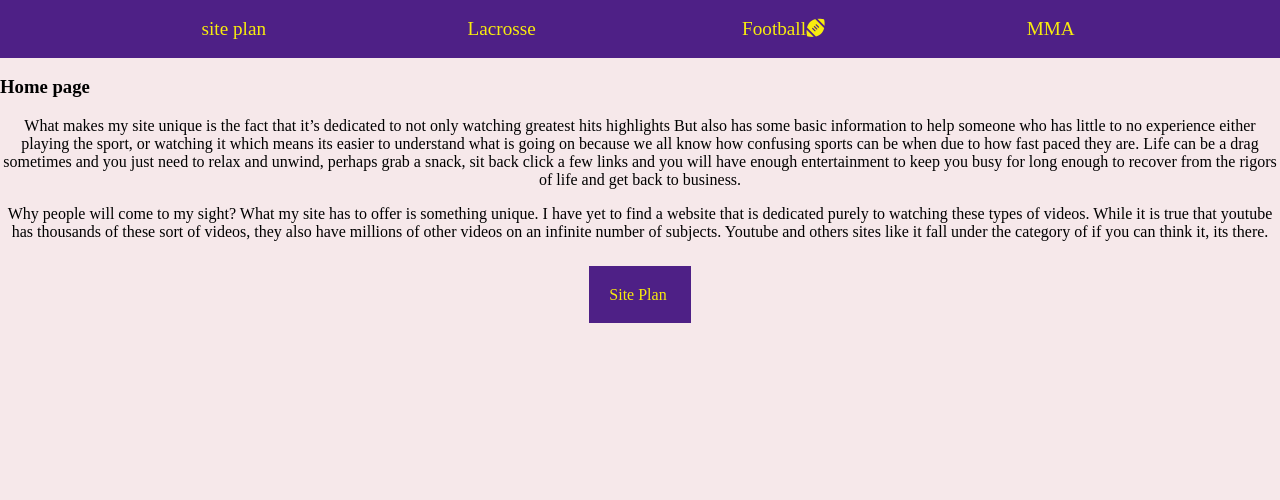
Repository: nak97/personal-site
Page: index.html
An editor plug-in stored every save of this project. The page is shown before and after the next save, followed by the edit.
The browser window is 1280 px wide. The pictures show the whole page.
Some icons come from a web library that is not loaded, so they are not drawn. Some web libraries are served in a nearby version.

Above is the page before, as saved 2023-03-19 09:29:15.

### index.html
<!DOCTYPE html>
<html lang="en">
<head>
  <meta charset="UTF-8">
  <meta http-equiv="X-UA-Compatible" content="IE=edge">
  <meta name="viewport" content="width=device-width, initial-scale=1.0">
  <link rel="stylesheet" href="personal-site.css">
  <script src="https://kit.fontawesome.com/615002bc5f.js" crossorigin="anonymous"></script>
  <title> Home</title>
</head>
<body>
  <nav>
    <a href="site-plan.html">site plan</a>
    <a href="lacrosse.html" target="_blank">Lacrosse <i class="fa-solid fa-lacrosse-stick-ball"></i></a>
    <a href="football.html" target="_blank">Football<i class="fa-solid fa-football"></i></a>
    <a href="mma.html" target="_blank">MMA  <i class="fa-solid fa-boxing-glove"></i></a>
  </nav>
<section>
<h3>Home page</h3>
      <p class="p1">
        What makes my site unique is the fact that it’s dedicated to not only watching greatest hits highlights But also has some basic information to help someone who has little to no experience either playing the sport, or watching it which means its easier to understand what is going on because we all know how confusing sports can be when due to how fast paced they are.
        Life can be a drag sometimes and you just need to relax and unwind, perhaps grab a snack,
        sit back click a few links and you will have enough entertainment to keep you busy for long enough to recover from the rigors of life and get back to business.
      </p>
      <p class="-2">
        Why people will come to my sight?
        What my site has to offer is something unique. I have yet to find a website that is dedicated purely to watching these types of videos.
        While it is true that youtube has thousands of these sort of videos, they also have millions of other videos on an infinite number of subjects. Youtube and others sites
        like it fall under the category of if you can think it, its there.
      </p>
    </section>

    <footer><a href="site-plan.html"> Site Plan <i class="fa-solid fa-ruler-triangle"></i></a></footer>
</body>
</html>

### personal-site.css

body{
  background-color: #F6E8EA;
  padding: 0 ;
  margin: 0;
}


  .container {display: grid;}

a{text-decoration: none;}

.home h3 {
  text-align: center;
}

.home .p1 {
  padding: 69px;
}

nav{
  display: flex;
  justify-content: space-evenly;
  background-color: #4e2086;
  line-height: 3em;
  text-align: center;
  font-size: 1.2em;
}

nav a { color: #f8ec0d;}

nav a:hover {color: #F45B69;}

.lacrosse h3, p {text-align: center;}

.lacrosse p {padding: 0px 121px;}

.lacrosse { margin: 43px 0;}

.Laxvideos{
  margin-top: 20px;
  display: flex;
  justify-content: space-evenly;
  text-align: center;
  background-color: #F45B69;
  padding-top: 40px;
}

.rules{margin: 50px 0;}

.rules h3, p {text-align: center;}

.rules p {padding: 0px 121px;}

.LaxImages {
  background-color: #4e2086;
}

.LaxImages p {color:#f8ec0d;
}

.images {
  display: flex;
  justify-content: space-between;
  padding-top: 54px;
}

.img1{margin-left: 105px;}

.img1 p {text-align: center; }

.img2 {margin-left: 312px;}

.img2 p{
  text-align: center;
  margin-right: 70px;
}

.img-1{
  margin-left: 40px;
  width: 400px;
  height: 300px;}

.img-2{
  margin-left: 16px;
  width: 400px;
  height: 300px;
}

footer{
margin-top: 45px;
text-align: center;
margin-bottom: 60px;}

footer a {
  background-color: #4e2086;
  color: #f8ec0d;
  padding: 20px;
}

footer a:hover {
  color: #F45B69;
}

After the next save:
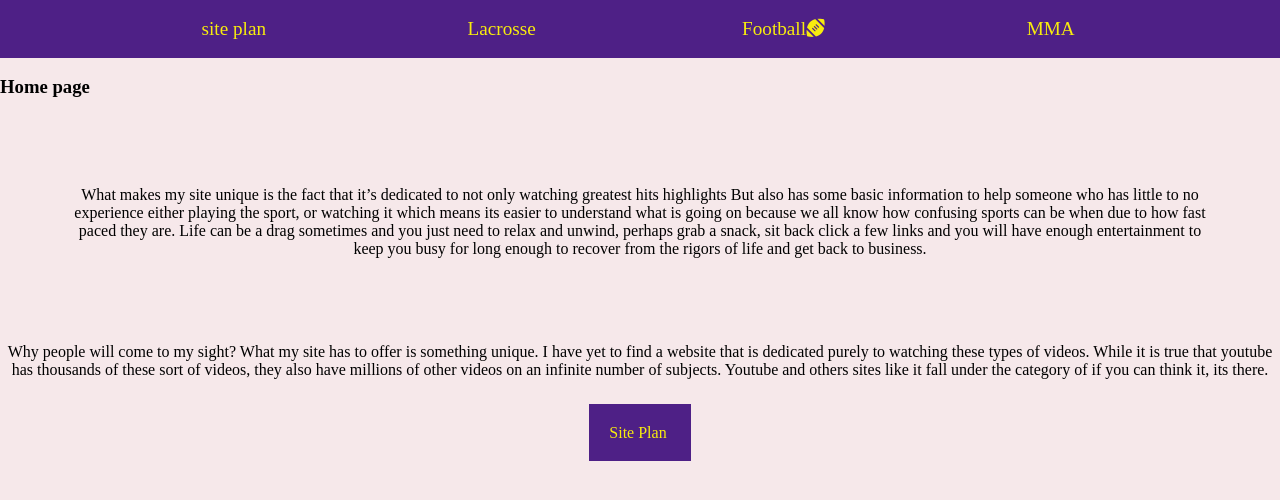
Saved 56 s later.
--- a/personal-site.css
+++ b/personal-site.css
@@ -14,7 +14,7 @@ a{text-decoration: none;}
   text-align: center;
 }
 
-.home .p1 {
+.p1 {
   padding: 69px;
 }
 
